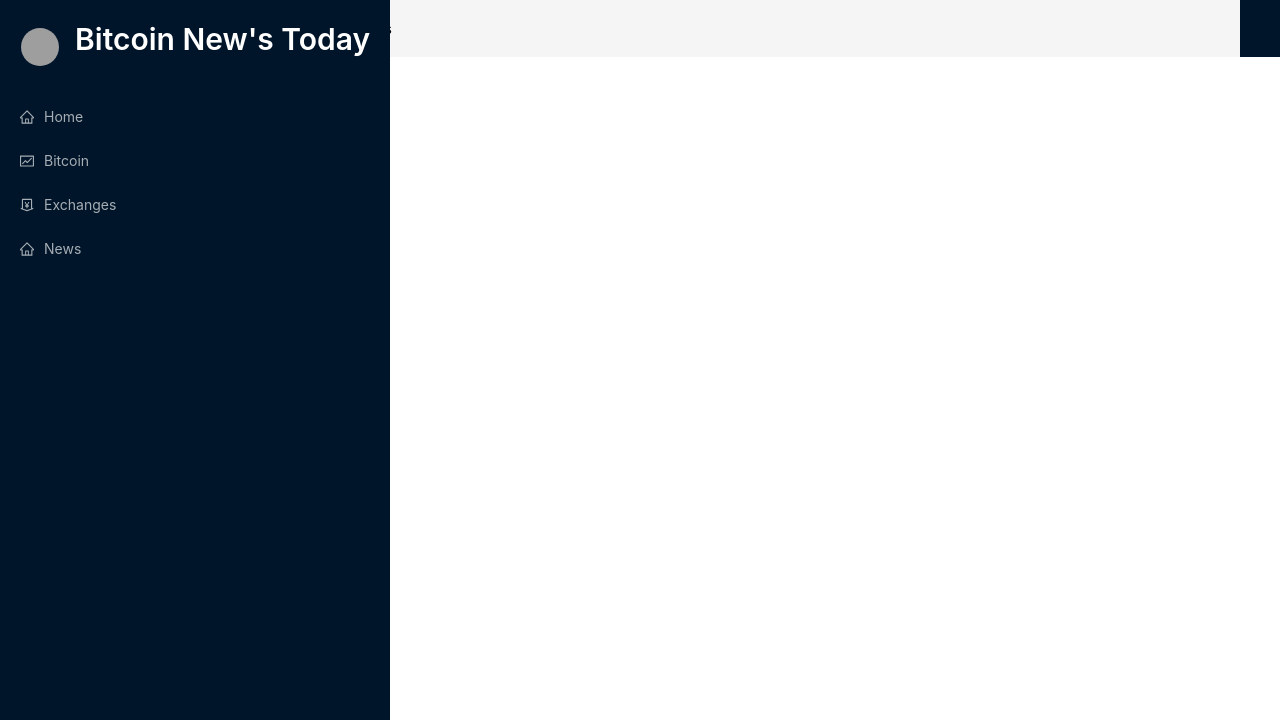
Repository: daotien93/bitcoin-api-app
Page: / (app in my-app/)
These files come from the project's save history. The page is drawn as it stood at one moment and after the next save; the edit follows.
The browser window is 1280 px wide. The pictures show the whole page.
Pictures or frames that could not be fetched are drawn as grey boxes. The project was rebuilt for these pictures with package versions that can differ from the ones it lists, and the page was loaded fresh each time. A package was used in the major version that the imports need, not the one package.json lists. Also part of the build but not shown: my-app/src/pages/Exchanges.jsx, my-app/src/pages/Bitcoins.jsx, my-app/src/pages/News.jsx. Imported but missing from the stored project, and not drawn on this page: my-app/src/reportWebVitals.

Above is the page before, as saved 2021-10-25 11:36:59.

### my-app/src/index.js
import React from 'react';
import ReactDOM from 'react-dom';
import App from './App';
import reportWebVitals from './reportWebVitals';
import { BrowserRouter as Router } from 'react-router-dom'

ReactDOM.render(
  <React.StrictMode>
    <Router>
        <App />
    </Router>
  </React.StrictMode>,
  document.getElementById('root')
);

// If you want to start measuring performance in your app, pass a function
// to log results (for example: reportWebVitals(console.log))
// or send to an analytics endpoint. Learn more: https://bit.ly/CRA-vitals
reportWebVitals();

### my-app/src/App.js
import React from 'react'
import './App.css'
import { Switch, Route, Link } from 'react-router-dom'
import { Layout, Typography, Space } from 'antd'
import { Navbar } from './components'
import Homepage from './pages/Homepage'
import Exchanges from './pages/Exchanges'
import Bitcoins from './pages/Bitcoins'
import News from './pages/News'

const App = () => {
  return (
    <div className='app'>
      <div className="navbar">
          <Navbar />
      </div>
      <div className="main">
           <Layout>
              <div className="routes">
                   <Switch>
                     <Route exact path='/'>
                        <Homepage />
                    </Route>
                    <Route exact path='/exchanges'>
                        <Exchanges />
                    </Route>
                    <Route exact path='/bitcoins'>
                              <Bitcoins />
                    </Route>
                    <Route exact path='/news'>
                        <News />
                    </Route>
                  </Switch>
              </div>
          </Layout>
      </div>
      <div className="footer"></div>
    </div>
  )
}

export default App

### my-app/src/pages/Homepage.jsx
import React from 'react'

const Homepage = () => {
    return (
        <div>
            Home pages
        </div>
    )
}

export default Homepage

### my-app/src/components/Navbar.jsx
import React from 'react'
import { Button, Menu, Typography, Avatar } from 'antd'
import { Link } from 'react-router-dom'
import { HomeOutlined, MoneyCollectOutlined, BulbOutlined, FundOutlined, MenuOutlined } from '@ant-design/icons'
import icon from  '../images/Dogecoin_Logo.png'

const Navbar = () => {
    return (
        <div className='nav-container'>
            <div className="logo-container">
                <Avatar src={icon} size='large' />
                <Typography.Title level={2} className='logo'>
                    <Link to='/'>Bitcoin New's Today</Link>
                </Typography.Title>
                <Button className='menu-control-container'>
                </Button>
            </div>
            <Menu theme='dark'>
                <Menu.Item icon={<HomeOutlined />}>
                    <Link to='/'>Home</Link>
                </Menu.Item>
                <Menu.Item icon={<FundOutlined />}>
                    <Link to='/bitcoins'>Bitcoin</Link>
                </Menu.Item>
                <Menu.Item icon={<MoneyCollectOutlined />}>
                    <Link to='/exchanges'>Exchanges</Link>
                </Menu.Item>
                <Menu.Item icon={<HomeOutlined />}>
                    <Link to='/news'>News</Link>
                </Menu.Item>
            </Menu>
        </div>
    )
}

export default Navbar

Loaded but not shown: my-app/src/App.css (common file); my-app/src/components/index.js (common file)

After the next save:
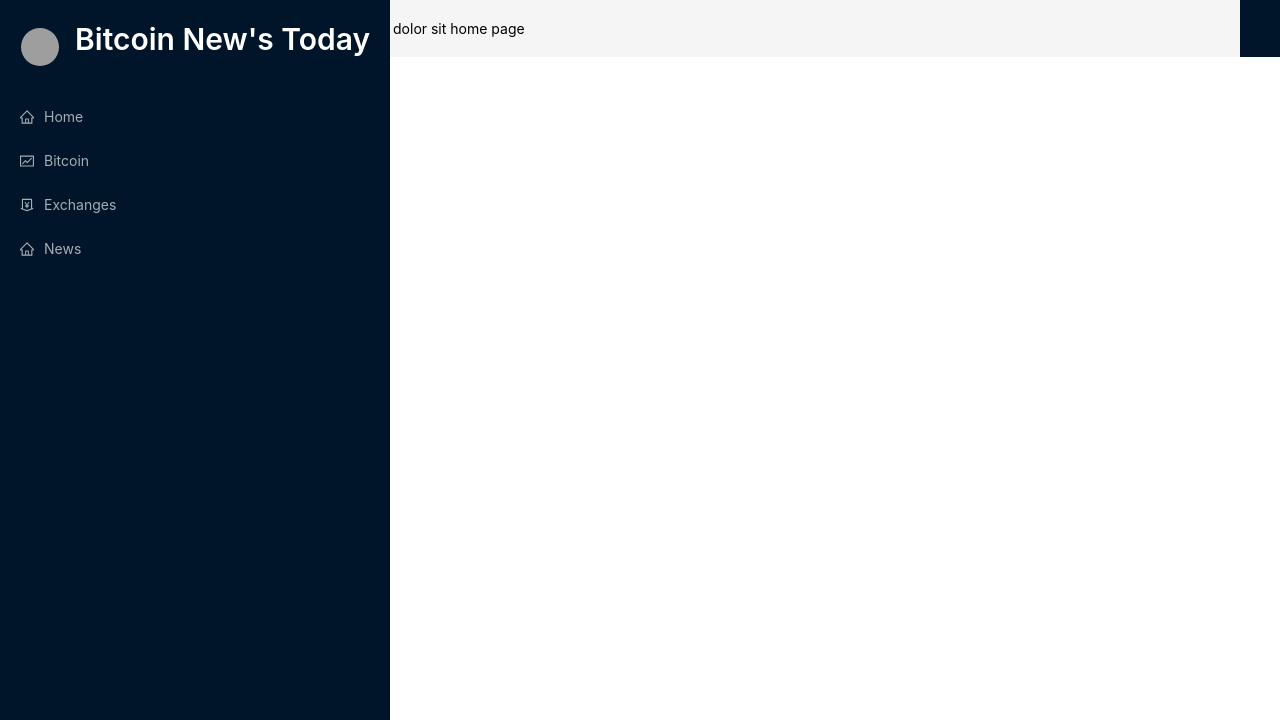
Saved 19 s later.
--- a/my-app/src/pages/Homepage.jsx
+++ b/my-app/src/pages/Homepage.jsx
@@ -3,7 +3,7 @@ import React from 'react'
 const Homepage = () => {
     return (
         <div>
-            Home pages
+           lorem ipsum dolor sit home page
         </div>
     )
 }
